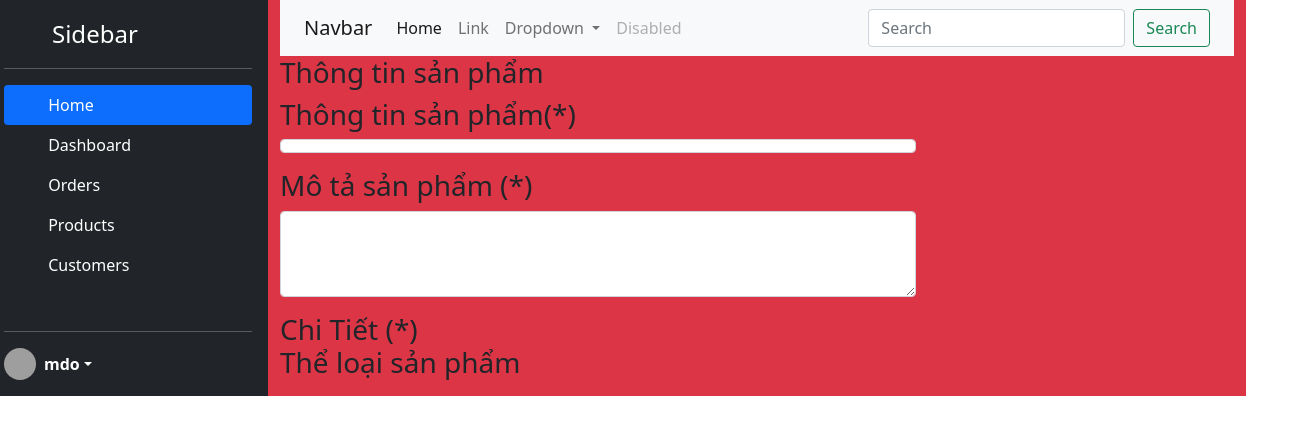
Repository: Lehuyhuynh/BT12-BOOTSTRAP
Page: index.html
An editor plug-in stored every save of this project. The page is shown before and after the next save, followed by the edit.
The browser window is 1280 px wide. The page is 1292 px wide, so the pictures cover 1292 px, including what lies to the right of the window. The pictures show the whole page.
Pictures or frames that could not be fetched are drawn as grey boxes.

Above is the page before, as saved 2023-08-19 22:27:24.

After the next save:
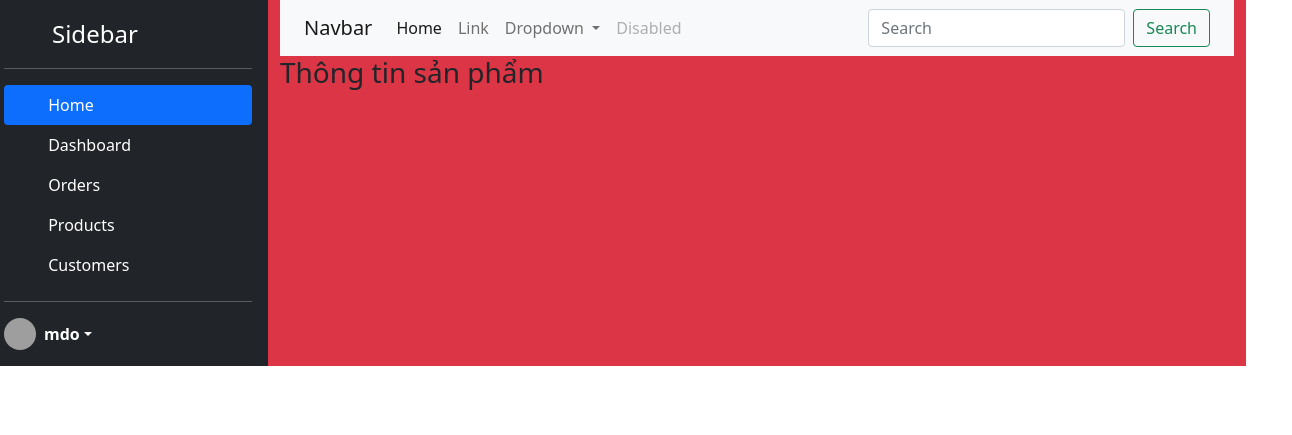
Saved 5 s later.
--- a/index.html
+++ b/index.html
@@ -102,34 +102,7 @@
 
         <h3>Thông tin sản phẩm<h3>
 
-          <div class="more col-8">
 
-            <div class="product">
-
-              <div class="mb-3">
-                <label for="information" class="form-label">Thông tin sản phẩm(*)</label>
-                <table class="form-control" id="information" name="information" rows="3"></table>
-              </div>
-
-              <div class="mb-3">
-                <label for="exampleFormControlTextarea1" class="form-label">Mô tả sản phẩm (*)</label>
-                <textarea class="form-control" id="exampleFormControlTextarea1" rows="3"></textarea>
-              </div>
-
-              <span>Chi Tiết (*) </span><br>
-
-            </div>
-
-            <div class="data">
-
-            </div>
-
-          </div>
-
-          <div class="category col-4">
-
-            <h3>Thể loại sản phẩm</h3>
-          </div>
 
 
 
